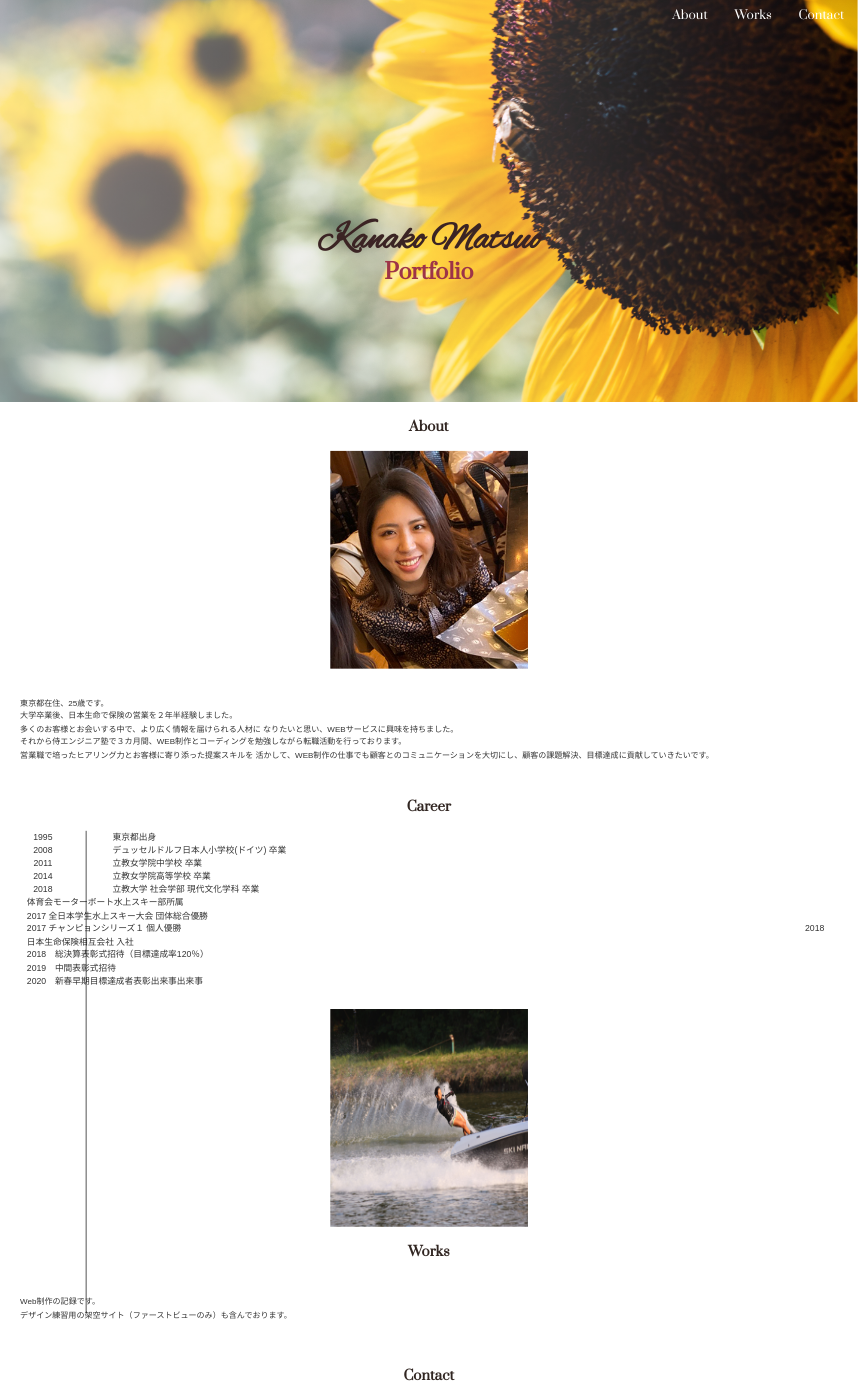
Repository: KanakoMatsuo/Portfolio
Page: index.html
The author's editor kept a record of every edit. The page is drawn from the files as they stood at one moment, then again after the next edit.
The browser window is 1280 px wide. The pictures show the whole page, at 67% of full size.

Above is the page before.

### index.html
<!DOCTYPE html>
<html lang="ja">
    <head>
        <meta charset="UTF-8">
        <title>Kanako Matsuo ポートフォリオ</title>
        <link href="https://fonts.googleapis.com/css2?family=Alex+Brush&family=Prata&display=swap" rel="stylesheet">
        <link rel="stylesheet" href="Portfolio.css">
    </head>
    <body>
        <header>
            <nav>
                <ul>
                    <li>About</li>
                    <li>Works</li>
                    <li>Contact</li>
                </ul>
            </nav>
            <h1>
                <span class="A">Kanako Matsuo</span><br>
                <span class="B">Portfolio</span>
            </h1>
        </header>
        <section class="About">
            <h2>
                About
            </h2>
            <img class="myphoto" src="./images/image0.jpg">
            <p>
                東京都在住、25歳です。<br>大学卒業後、日本生命で保険の営業を２年半経験しました。<br>
                多くのお客様とお会いする中で、より広く情報を届けられる人材に
                なりたいと思い、WEBサービスに興味を持ちました。<br>
                それから侍エンジニア塾で３カ月間、WEB制作とコーディングを勉強しながら転職活動を行っております。<br>
                営業職で培ったヒアリング力とお客様に寄り添った提案スキルを
                活かして、WEB制作の仕事でも顧客とのコミュニケーションを大切にし、顧客の課題解決、目標達成に貢献していきたいです。
            </p>
        </section>
        <section class="Career">
            <h2>
                Career
            </h2>
            <dt></dt>
            <dl class="history">
                <dt>1995</dt> <dd>東京都出身</dd>
                <dt>2008</dt> <dd>デュッセルドルフ日本人小学校(ドイツ) 卒業</dd>
                <dt>2011</dt> <dd>立教女学院中学校 卒業</dd>
                <dt>2014</dt> <dd>立教女学院高等学校 卒業</dd>
                <dt>2018</dt> <dd>立教大学 社会学部 現代文化学科 卒業</dd>
                              <dd>体育会モーターボート水上スキー部所属</dd>
                              <dd>2017 全日本学生水上スキー大会 団体総合優勝</dd>
                              <dd>2017 チャンピョンシリーズ１ 個人優勝</dd>
                <dt>2018</dt> <dd>日本生命保険相互会社 入社</dd>
                              <dd>2018　総決算表彰式招待（目標達成率120％）</dd>
　　　　　　　　　            <dd>2019　中間表彰式招待</dd>
　　　　　　　　　            <dd>2020　新春早期目標達成者表彰出来事出来事</dd>
　　　　　　</dl>
　　　　　　<img class="waterski" src="./images/waterski.JPG">
        </section>
        <section class="Works">
            <h2>
                Works
            </h2>
            <p>Web制作の記録です。<br>
               デザイン練習用の架空サイト（ファーストビューのみ）も含んでおります。
            </p>
            <ul>
                <li></li>
                <li></li>
                <li></li>
            </ul>
        </section>
        <section class="Works">
            <h2>
                Contact
            </h2>
        </section>
    </body>
</html>

### Portfolio.css
@charset "utf-8";

body {
	margin: 0;
	padding: 0;
	font-family: "ヒラギノ角ゴ Pro W3", "Hiragino Kaku Gothic Pro", "メイリオ", Meiryo, Osaka, "ＭＳ Ｐゴシック", "MS PGothic", sans-serif;
	color: #333;
	font-size: 13px;
	line-height: 150%;
}

header {
  background:
   linear-gradient(90deg, rgba(255,255,255,0.5), rgba(255,255,255, 0.01)) center/cover no-repeat,
   url("./images/richard-rivas-hyWiznXNF1A-unsplash.jpg") center/cover no-repeat;
  height: 600px;
  overflow: hidden;
}

ul {
  display: flex;
  justify-content: flex-end;
}

li {
  color: #ffffff;
  font-size: 18px;
  list-style: none;
  /*font-family: 'Alex Brush', cursive;*/
  font-family: 'Prata', serif;
  margin-right: 40px;
}

li:last-child {
  margin-right: 20px;
}

header h1 {
  text-align: center;
  position: absolute;
  top: 50%;
  width: 100%;
  left: 50%;
  transform: translate(-50%, -50%);
}

.A {
  line-height: 60px;
  color:#3b2424;
  font-size:56px;
  font-family:'Alex Brush';
  justify-content:center;
}

.B {
  line-height: 36px;
  color:#9d3448;
  font-size:32px;
  font-family:'Prata', serif;
}

h2 {
  color: #312622;
  font-size:20px;
  font-family: 'Prata', serif;
  text-align:center;
  padding-top:10px;
  padding-bottom:10px;
}

p {
  font-size:12px;
  padding:30px;
}

.myphoto {
 width:295px;
 height:325px;
 display:block;
 margin:auto;
}

.About .Career{
  /*background:url("./images/background.jpg") center/cover no-repeat;*/
  background:
    linear-gradient(45deg, rgba(255,255,255,1), rgba(255,255,255, 0.3)) center/cover no-repeat,
    url("./images/background.jpg") center/cover no-repeat;
  height: 600px;
  overflow: hidden;
}

.Career {
  background:;

}
.history {
  display: flex;
  flex-wrap: wrap;
}

.history dt {
  width: 10%;
  text-align: center;
}

.history dd {
  width: calc(90% - 40px);
  text-align: left;
  margin : 0;
  margin-left: 40px;
}

.history dd.indent1 {
  width: calc(90% - 60px);
  margin-left: 60px;
}


.history:before {
height: 100%;
left: 10%;
position: absolute;
display: block;
content: "";
border-left: 1px solid black;
}

.waterski {
 width:295px;
 height:325px;
 display:block;
 margin:auto;
}


section.about .career .history dt { width: 30%;
min-height: 24px;
}
section.about .career .history dd { margin: 0;
margin: 0;
 width: 70%; 14 }
 {source.txt}


/* -------------------- wrapper -------------------- */
#wrapper {
    width: 100%;
    margin: auto;
    padding: 0px;
    border: 0px;
    background-color: #FFF;
    top: 10px;
}

After the next edit:
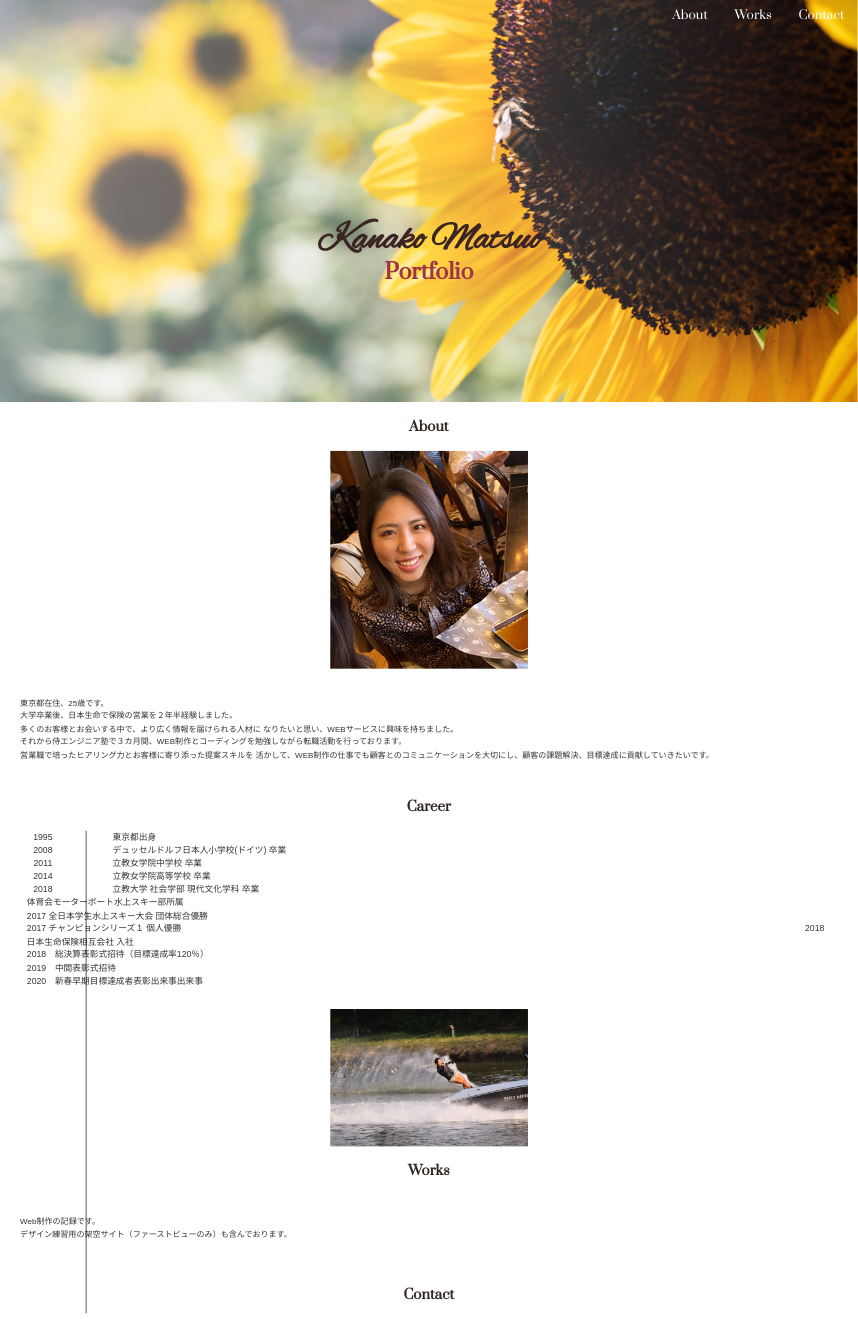
The edit:
--- a/Portfolio.css
+++ b/Portfolio.css
@@ -127,7 +127,7 @@
 
 .waterski {
  width:295px;
- height:325px;
+ height:205px;
  display:block;
  margin:auto;
 }
